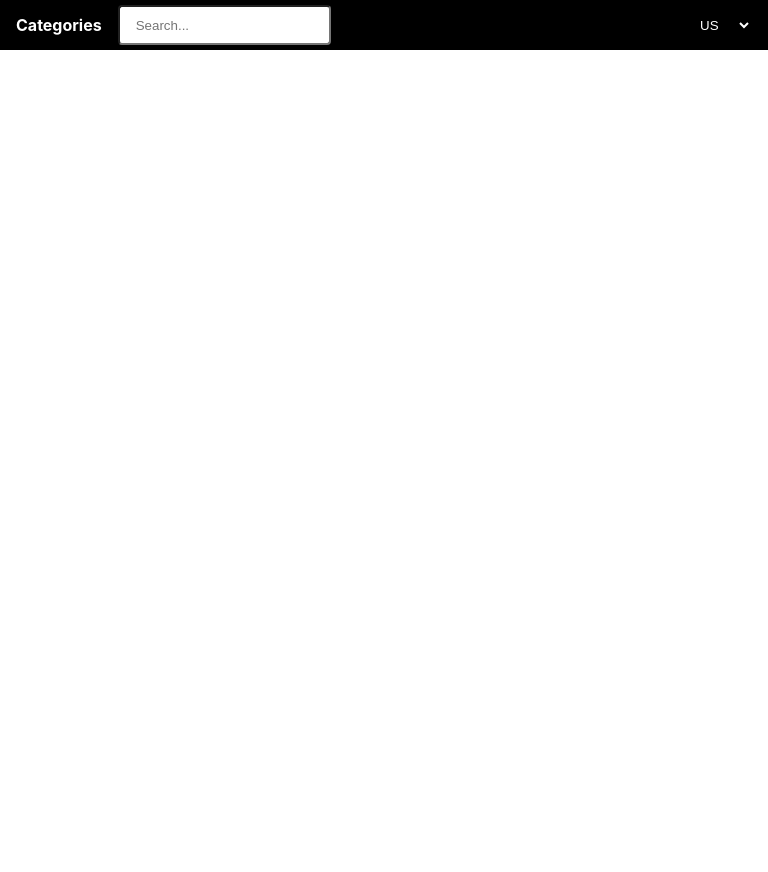
Repository: majakesin/top-news
Page: /
An editor plug-in stored every save of this project. The page is shown before and after the next save, followed by the edit.
The browser window is 768 px wide. The pictures show the whole page.
The page's requests for data from a server got no answer. The project was rebuilt for these pictures with package versions that can differ from the ones it lists, and the page was loaded fresh each time. No one was signed in, and anything a server would have sent is missing. Also part of the build but not shown: src/components/NewsCard/index.js, src/pages/ErrorPage/index.js, src/pages/Categories/index.js.

Above is the page before, as saved 2023-11-30 11:57:33.

After the next save:
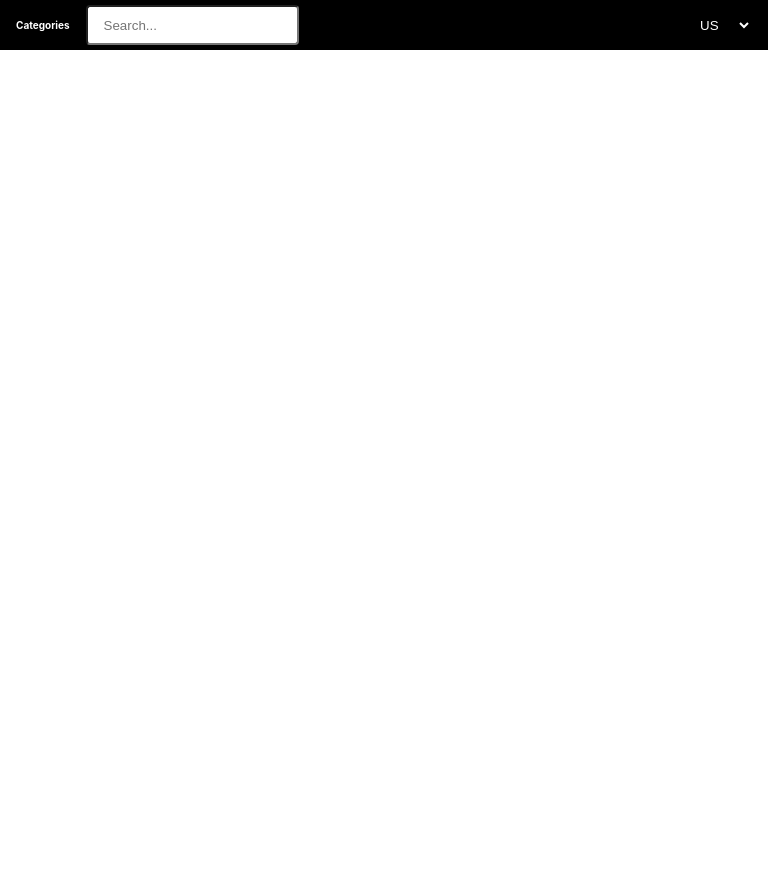
Saved 21 s later.
--- a/src/layout/Header/index.module.css
+++ b/src/layout/Header/index.module.css
@@ -25,6 +25,10 @@
     display: flex;
     flex-direction: row;
     align-items: center;
+
+    @media (max-width:768px)  {
+        font-size: 10px;
+    }
 }
 
 .link {
